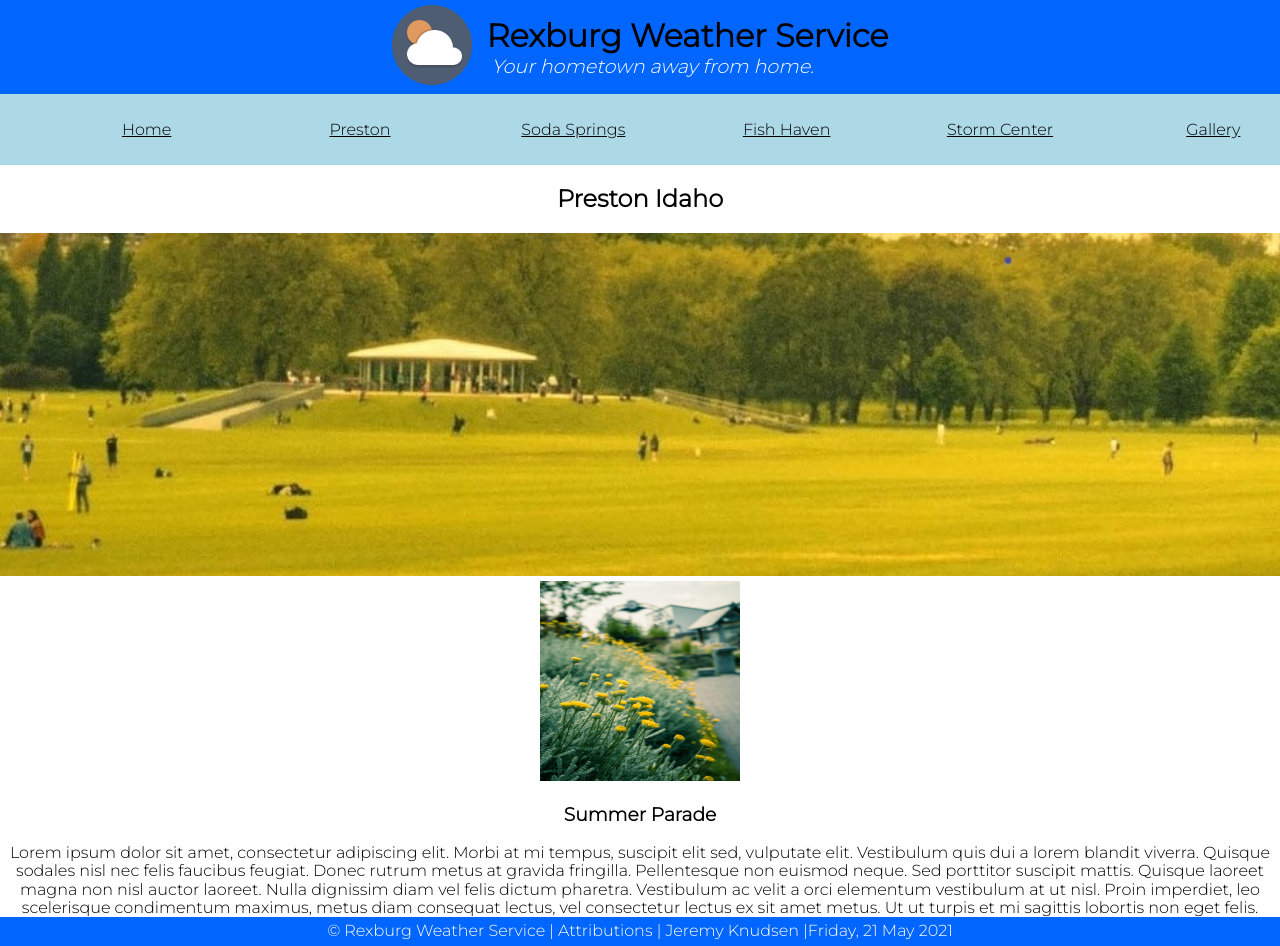
Repository: jknudsen97/jknudsen97.github.io
Page: lesson05/preston-5.html
These files come from the project's save history. The page is drawn as it stood at one moment and after the next save; the edit follows.
The browser window is 1280 px wide. The pictures show the whole page.

Above is the page before, as saved 2021-05-21 23:58:52.

After the next save:
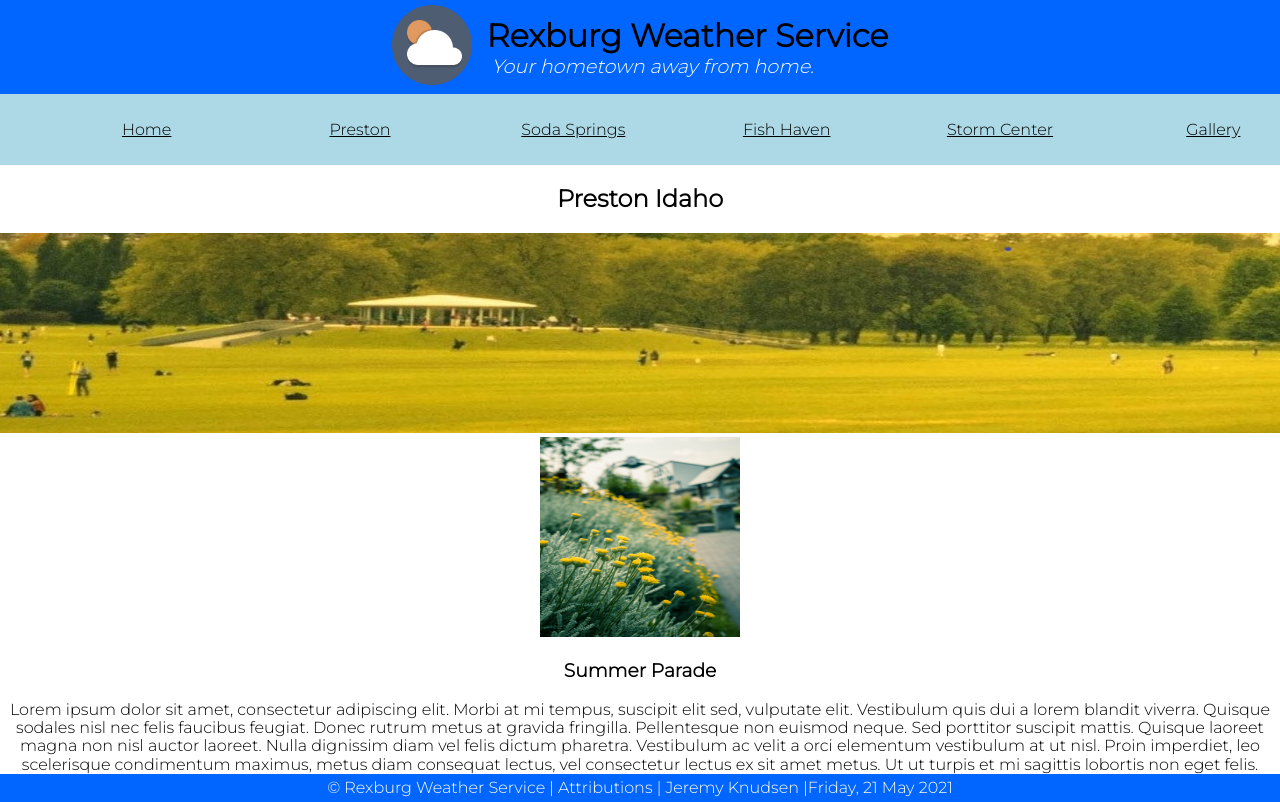
Saved 39 s later.
--- a/lesson05/css/medium.css
+++ b/lesson05/css/medium.css
@@ -23,6 +23,6 @@
     /*Lesson05*/
 
     .stock1{
-        height: 25%;
+        height: 200px;
     }
 }

After the save that followed:
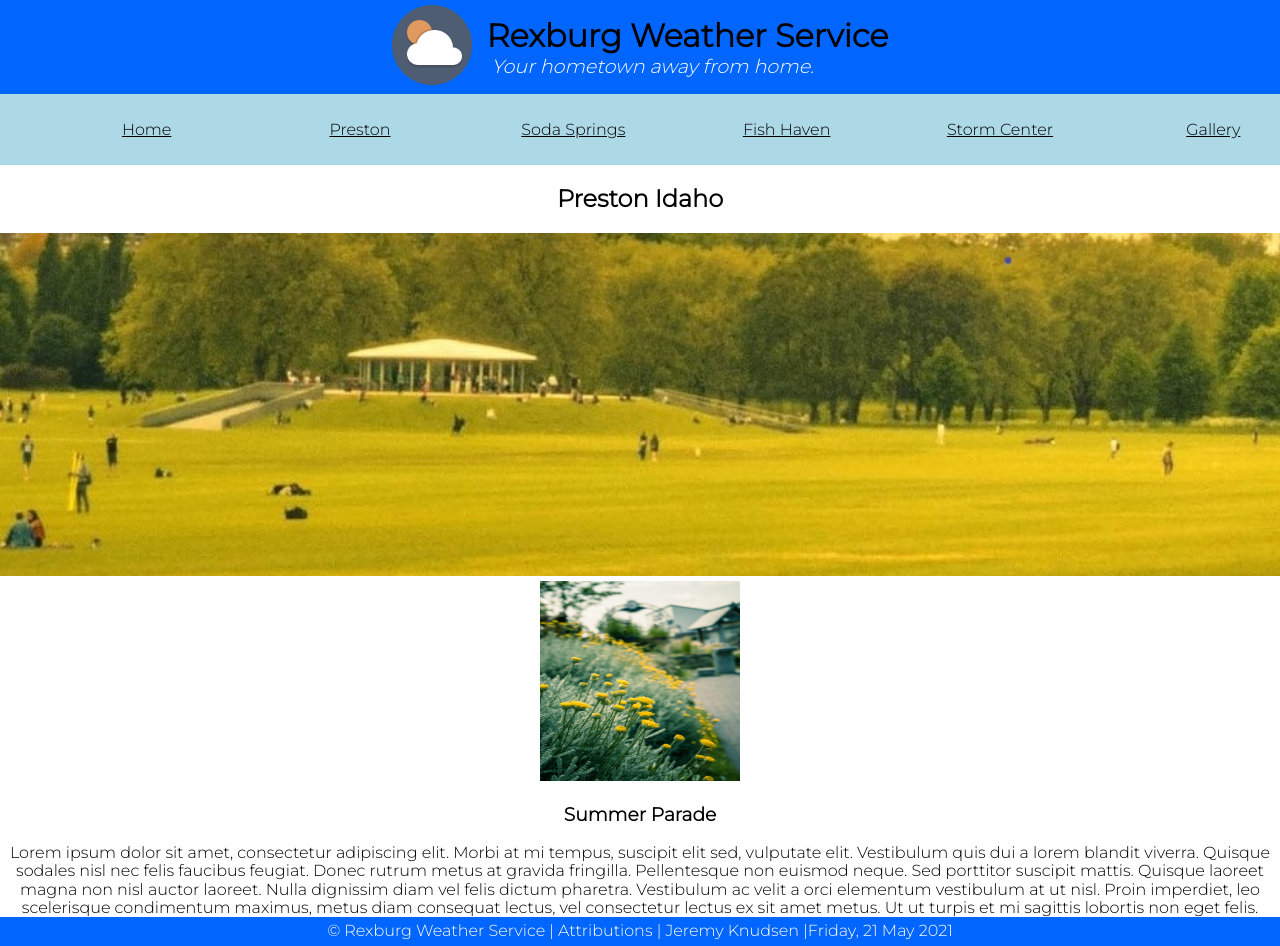
Saved 34 s later.
--- a/lesson05/css/medium.css
+++ b/lesson05/css/medium.css
@@ -23,6 +23,6 @@
     /*Lesson05*/
 
     .stock1{
-        height: 200px;
+        height: 100%;
     }
 }
